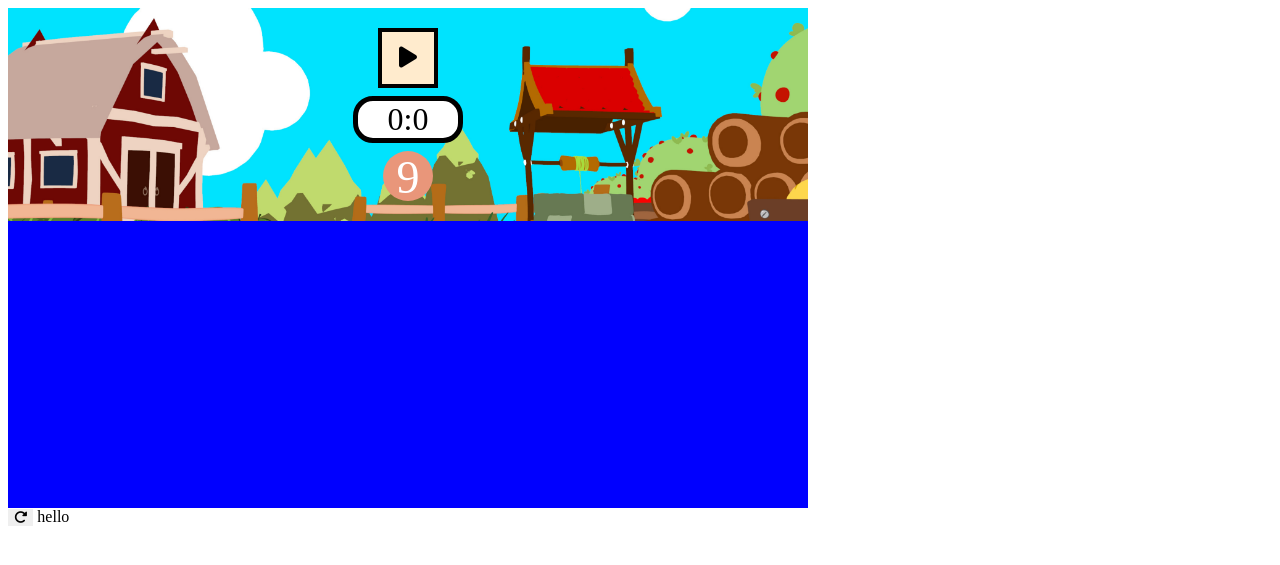
Repository: ggandory/browser101
Page: chapter7/carrot/index.html
These files come from the project's save history. The page is drawn as it stood at one moment and after the next save; the edit follows.
The browser window is 1280 px wide. The pictures show the whole page.
Some web libraries are served in a nearby version.

Above is the page before, as saved 2024-05-01 22:54:53.

### chapter7/carrot/index.html
<!DOCTYPE html>
<html lang="en">
  <head>
    <meta charset="UTF-8" />
    <meta name="viewport" content="width=device-width, initial-scale=1.0" />
    <title>My First Game</title>
    <link rel="stylesheet" href="style.css" />
    <script src="main.js"></script>
    <script
      src="https://kit.fontawesome.com/9eb162ac0d.js"
      crossorigin="anonymous"
    ></script>
  </head>
  <body>
    <section class="game">
      <header class="game_header">
        <button class="game_button">
          <i class="fa-solid fa-play"></i>
        </button>
        <span class="game_timer">0:0</span>
        <span class="game_score">9</span>
      </header>
      <section class="game_field"></section>
    </section>
    <section class="pop-up">
      <button class="pop-up_refresh">
        <i class="fa-solid fa-rotate-right"></i>
      </button>
      <span class="pop-up_message">hello</span>
    </section>
  </body>
</html>

### chapter7/carrot/style.css
button {
  border: none;
  outline: none;
  cursor: pointer;
}

.game {
  display: flex;
  flex-direction: column;
  width: 800px;
  height: 500px;
  background: url(img/background.png) center/cover;
}

.game_header {
  display: flex;
  flex-direction: column;
  align-items: center;
  padding: 20px;
}

.game_button {
  width: 60px;
  height: 60px;
  background-color: blanchedalmond;
  border: 4px solid black;
  font-size: 24px;
  transition: transform 300ms ease-in;
}
.game_button:hover {
  transform: scale(1.1);
}

.game_timer {
  width: 100px;
  background-color: white;
  text-align: center;
  border-radius: 20px;
  border: 5px solid black;
  font-size: 32px;
  margin-top: 8px;
}
.game_score {
  text-align: center;
  width: 50px;
  height: 50px;
  font-size: 46px;
  color: white;
  background-color: darksalmon;
  border-radius: 50%;
  margin-top: 8px;
}

.game_field {
  width: 100%;
  height: 100%;
  background-color: blue;
}

Loaded but not shown: chapter7/carrot/main.js (no stored copy; drawn as an empty file)

After the next save:
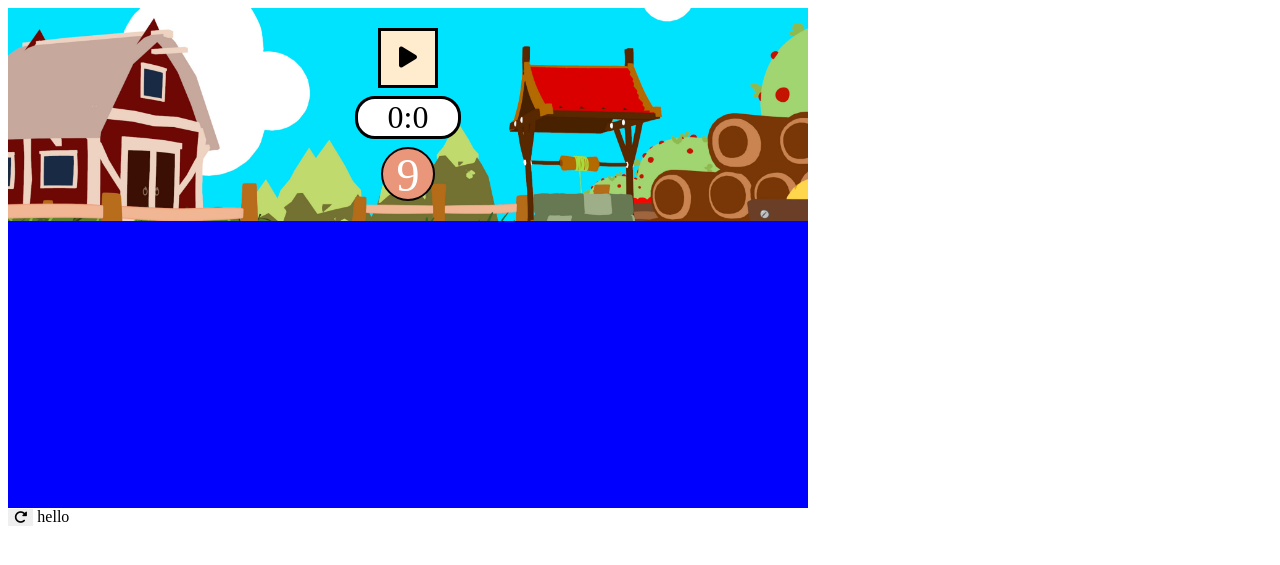
Saved 58 s later.
--- a/chapter7/carrot/style.css
+++ b/chapter7/carrot/style.css
@@ -23,7 +23,7 @@ button {
   width: 60px;
   height: 60px;
   background-color: blanchedalmond;
-  border: 4px solid black;
+  border: 3px solid black;
   font-size: 24px;
   transition: transform 300ms ease-in;
 }
@@ -36,7 +36,7 @@ button {
   background-color: white;
   text-align: center;
   border-radius: 20px;
-  border: 5px solid black;
+  border: 3px solid black;
   font-size: 32px;
   margin-top: 8px;
 }
@@ -49,6 +49,7 @@ button {
   background-color: darksalmon;
   border-radius: 50%;
   margin-top: 8px;
+  border: 2px solid black;
 }
 
 .game_field {
